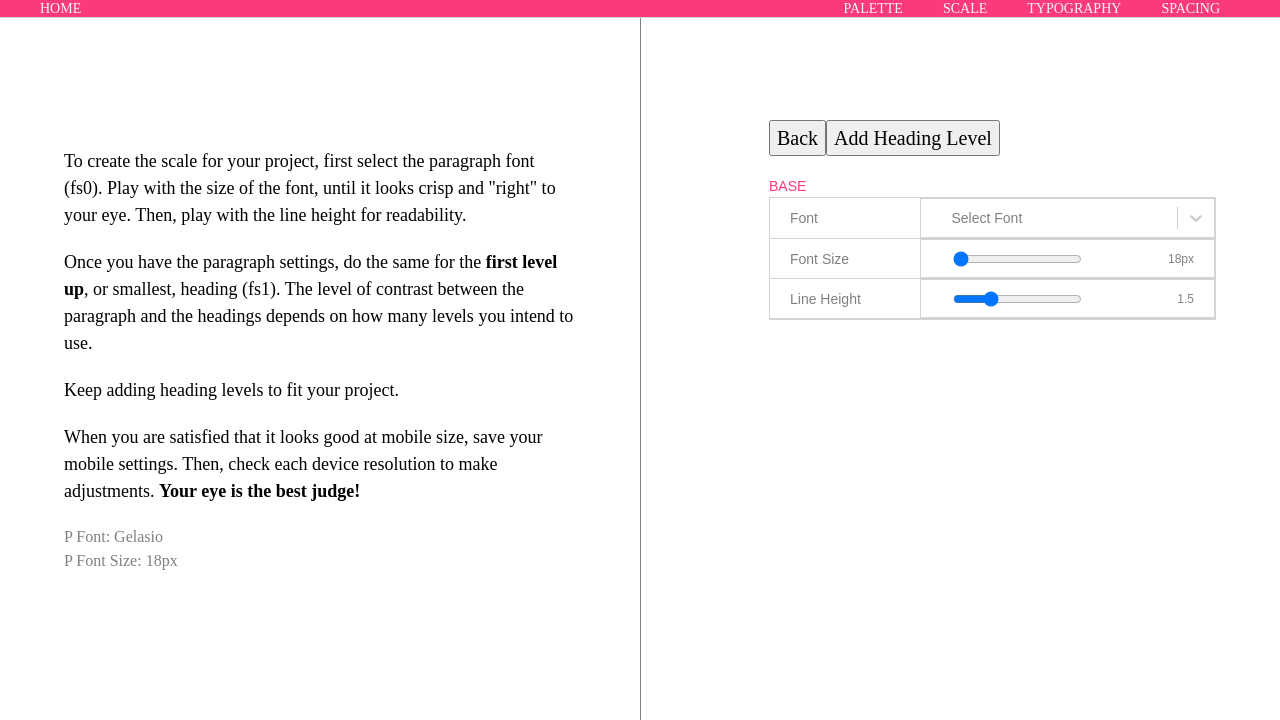
Repository: Terrycoco/coco-playground-starter
Page: /playground/scale
An editor plug-in stored every save of this project. The page is shown before and after the next save, followed by the edit.
The browser window is 1280 px wide. The pictures show the whole page.
Some web fonts or font styles are not loaded; a fallback is used. The project was rebuilt for these pictures with package versions that can differ from the ones it lists, and the page was loaded fresh each time. The framework's server and built-in components were replaced by stand-ins that run in the browser. Also part of the build but not shown: next.config.js, src/components/text/H1.js, src/components/text/Text.js, src/dev/components/layout/DeviceMenu.js, src/dev/components/dropdowns/ColorDropdown.js, src/utils/objects.js, src/dev/components/dropdowns/RatioDropdown.js, src/dev/components/forms/forms.module.css and 4 more.

Above is the page before, as saved 2023-03-04 10:30:03.

After the next save:
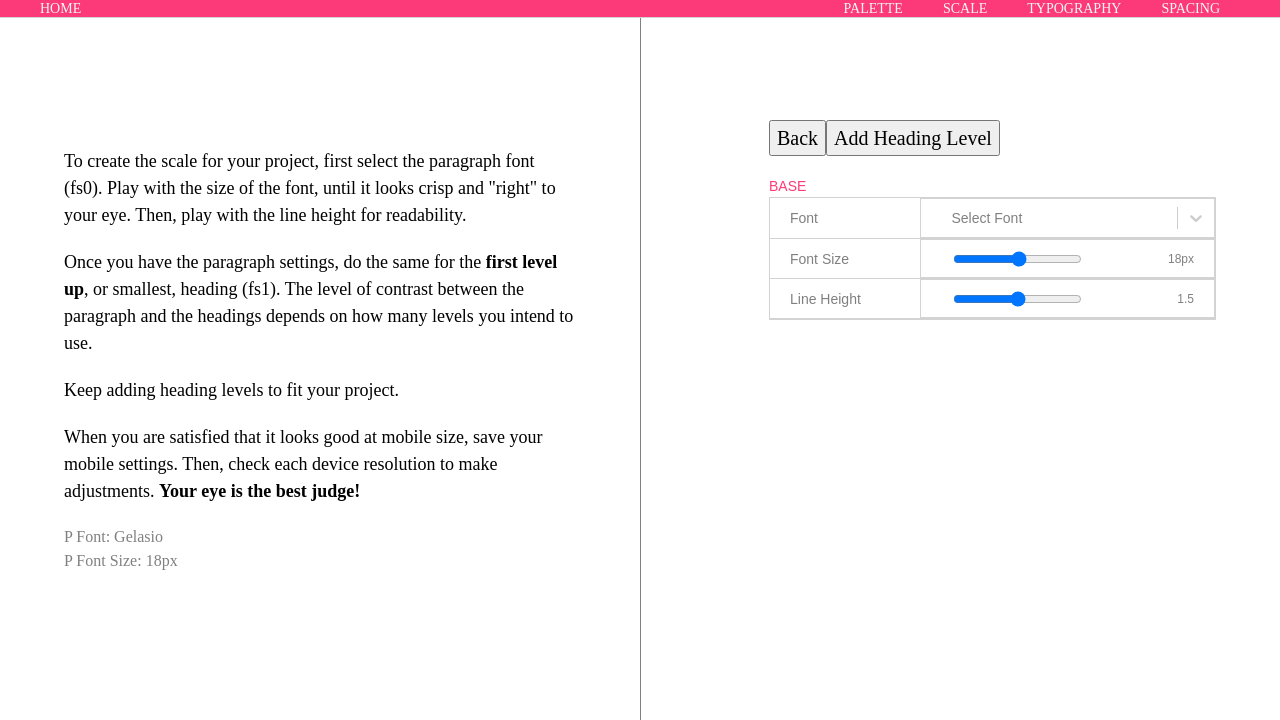
Saved 3 min 21 s later.
--- a/src/dev/components/forms/Slider/index.js
+++ b/src/dev/components/forms/Slider/index.js
@@ -24,7 +24,7 @@
         type="range"
         min={props.min}
         max={props.max}
-        value={val}
+        defaultValue={val}
         id={props.id}
         step={props.step}
         onChange={changeValue}

After the save that followed:
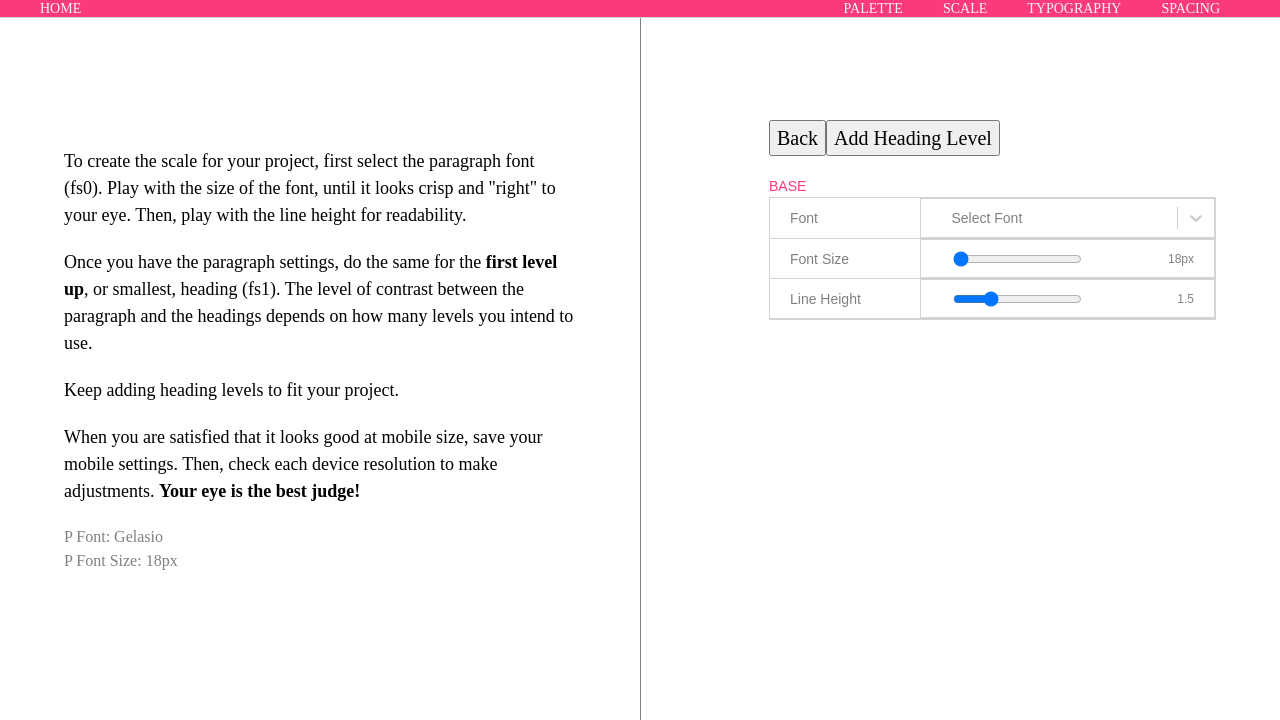
Saved 42 s later.
--- a/src/dev/components/forms/Slider/index.js
+++ b/src/dev/components/forms/Slider/index.js
@@ -24,7 +24,7 @@
         type="range"
         min={props.min}
         max={props.max}
-        defaultValue={val}
+        value={val}
         id={props.id}
         step={props.step}
         onChange={changeValue}
